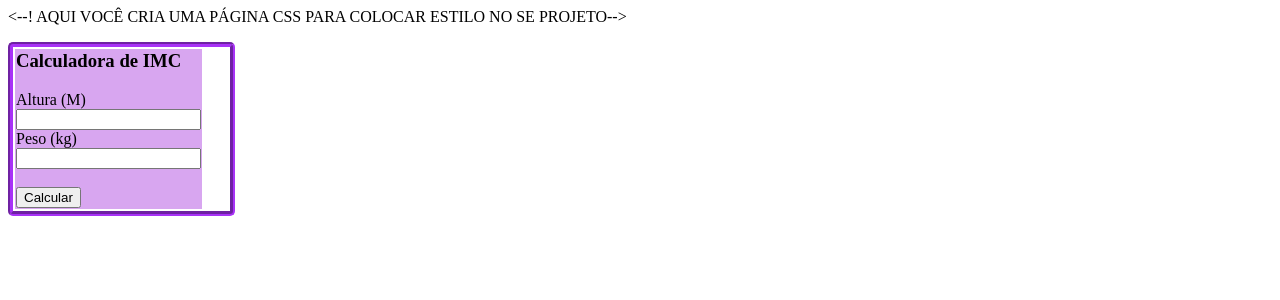
Repository: Patriciamativi/Projetos
Page: index.html
An editor plug-in stored every save of this project. The page is shown before and after a run of saves, followed by the edit.
The browser window is 1280 px wide. The pictures show the whole page.

Above is the page before, as saved 2022-11-21 16:03:07.

After the next 2 saves:
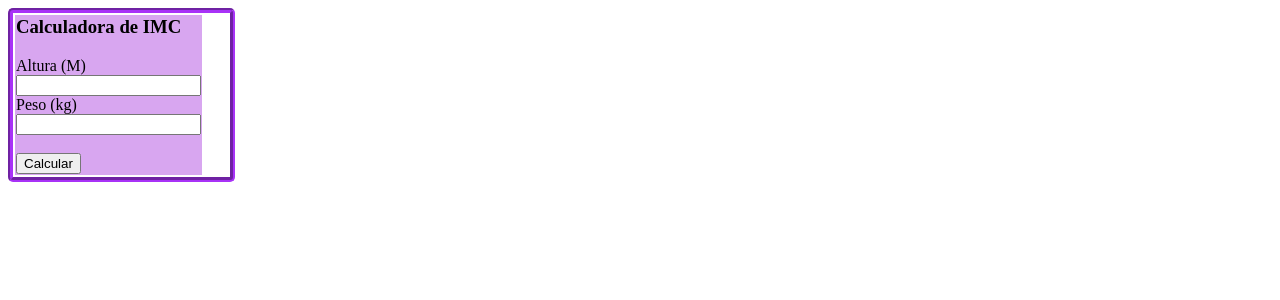
The 2 saves are shown as one change because they came seconds apart.
The last was saved 12 s later.
--- a/index.html
+++ b/index.html
@@ -2,7 +2,7 @@
     <head>
         <title>Calculadora de IMC</title>
         <meta charset="utf-8"/>
-        <link rel="stylesheet" href="style.css"> <--! AQUI VOCÊ  CRIA UMA PÁGINA CSS PARA COLOCAR ESTILO NO SE PROJETO-->
+        <link rel="stylesheet" href="style.css"> <!-- AQUI VOCÊ  CRIA UMA PÁGINA CSS PARA COLOCAR ESTILO NO SE PROJETO-->
     </head>
 
    <p>
